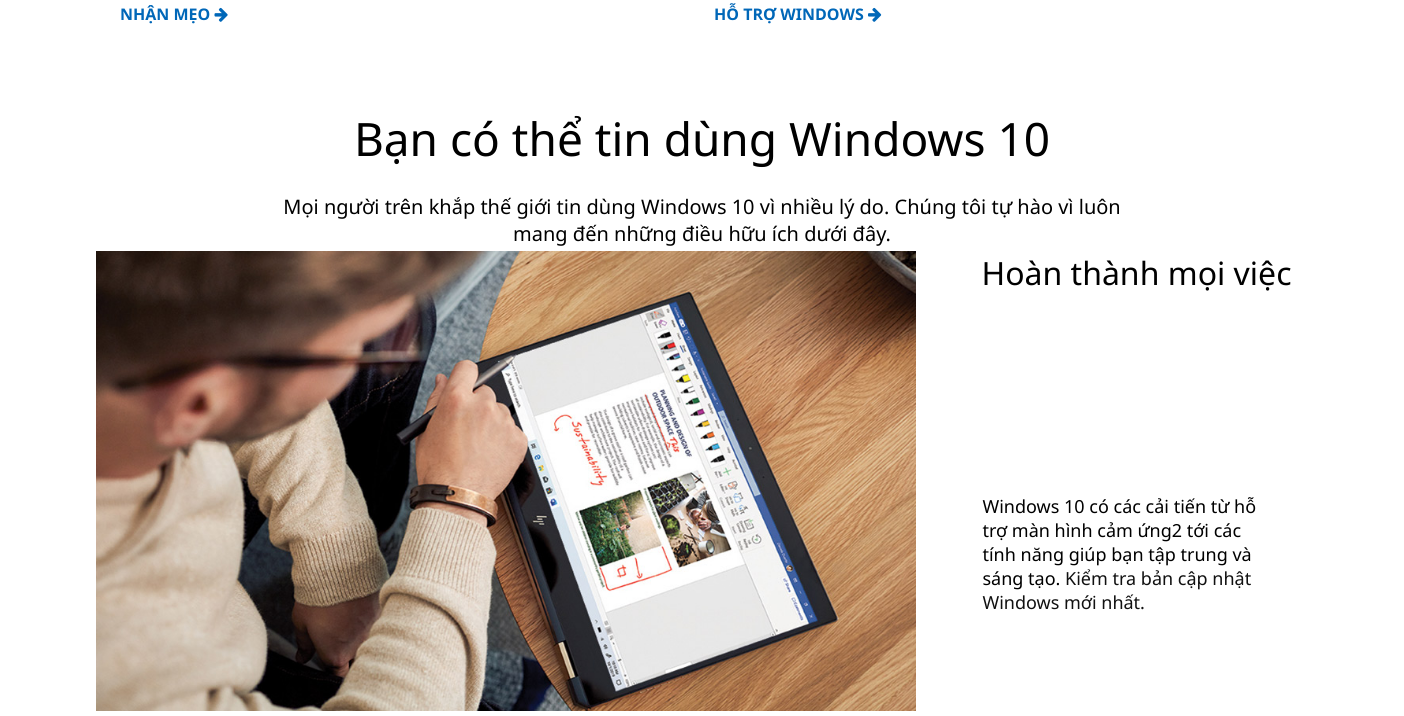
Repository: hoangphuong965/clone-Microsoft---practice
Page: index.html
These files come from the project's save history. The page is drawn as it stood at one moment and after a run of saves; the edit follows.
The browser window is 1280 px wide. The page is 1404 px wide, so the pictures cover 1404 px, including what lies to the right of the window. The pictures show the part of the page from y = 1359 to 2199 px (the page is 2075 px tall before and 2199 px after).

Above is the page before, as saved 2020-06-10 21:09:44.

After the next 2 saves:
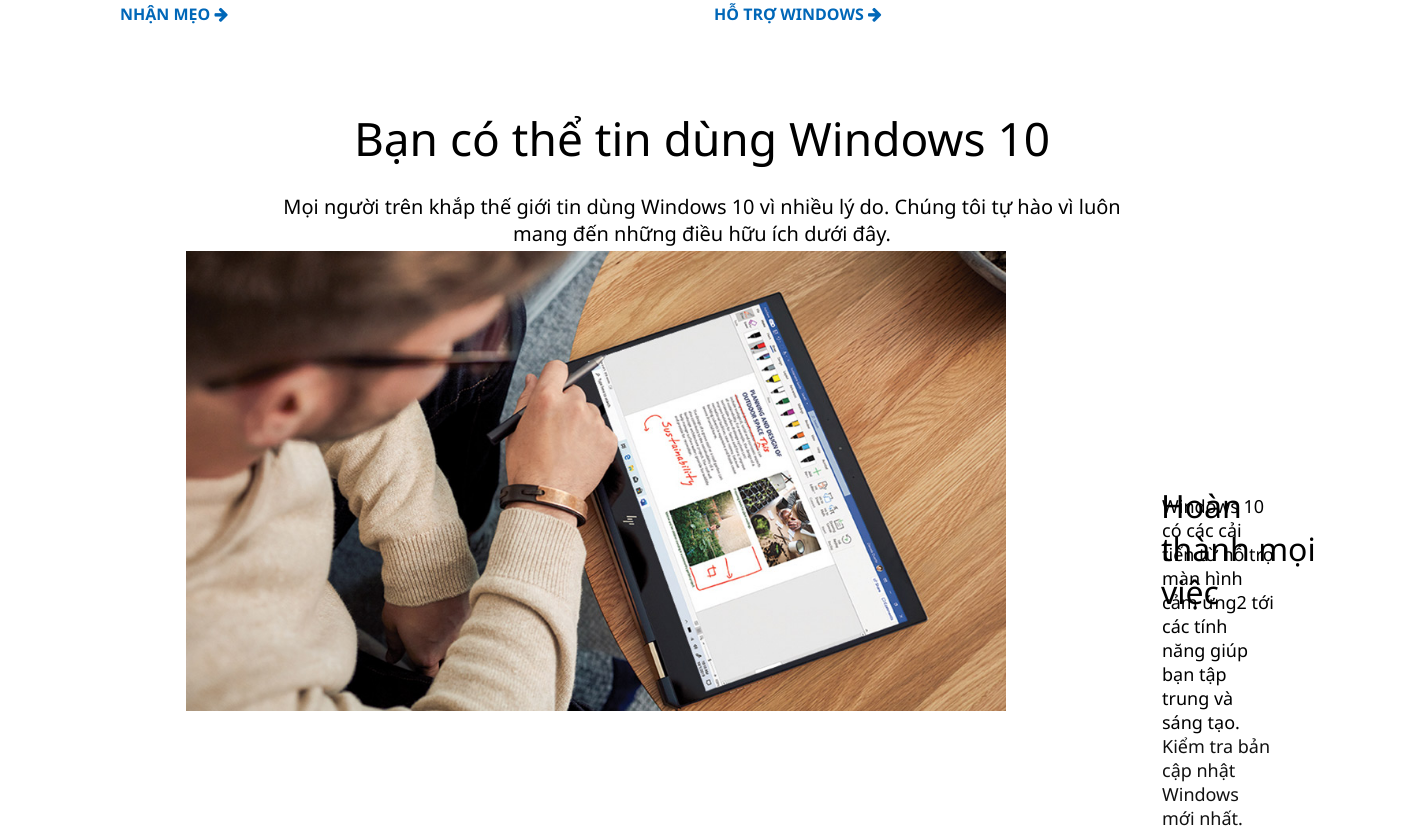
The 2 saves are shown as one change because they came seconds apart.
The last was saved 9 s later.
--- a/style.css
+++ b/style.css
@@ -160,6 +160,8 @@
   font-weight: 350;
   padding-left:49px;
   font-size: 2em;
+  position: absolute;
+  top: 50%;
 }
 .feature-text-right p {
   padding: 10px 50px;
@@ -170,7 +172,3 @@
   position: absolute;
   top: 50%;
 }
-
-.feature-text-right span{
-
-}

After the 2 saves that followed:
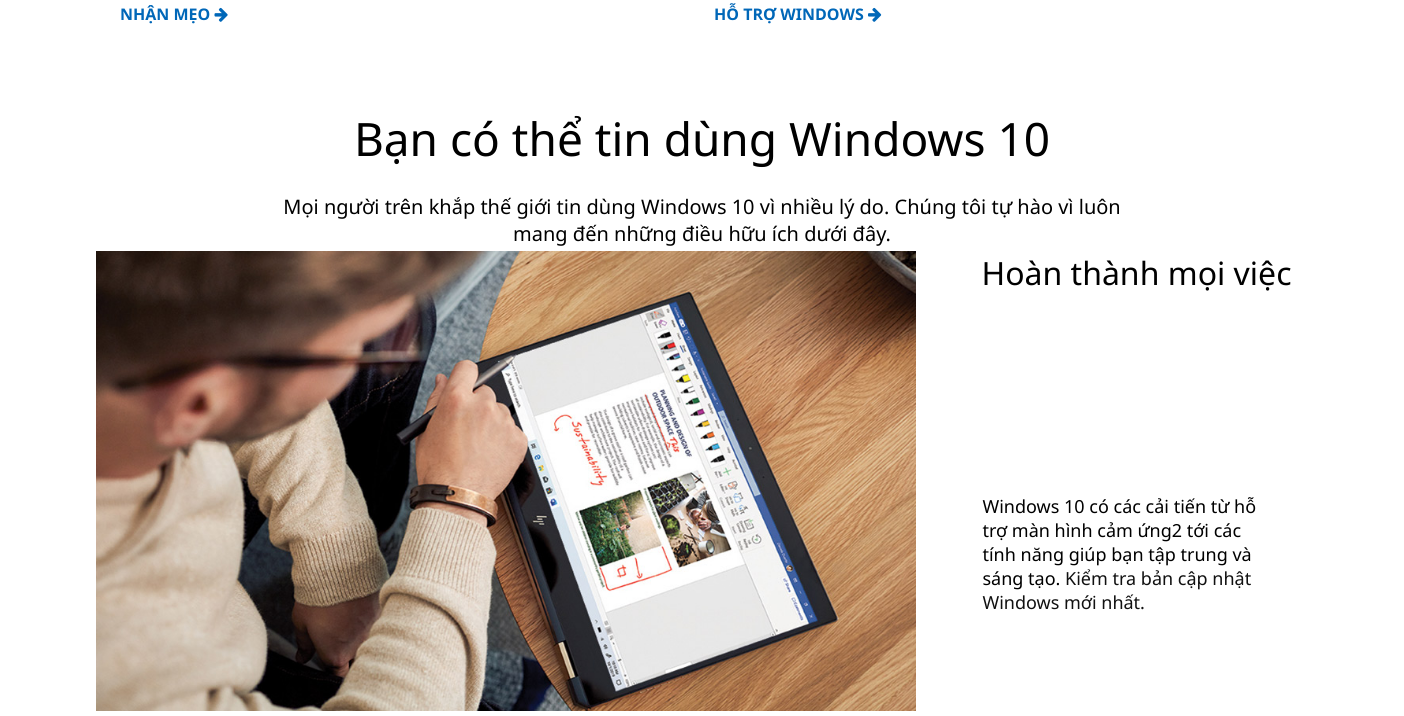
The 2 saves are shown as one change because they came seconds apart.
The last was saved 9 s later.
--- a/style.css
+++ b/style.css
@@ -160,8 +160,6 @@
   font-weight: 350;
   padding-left:49px;
   font-size: 2em;
-  position: absolute;
-  top: 50%;
 }
 .feature-text-right p {
   padding: 10px 50px;
